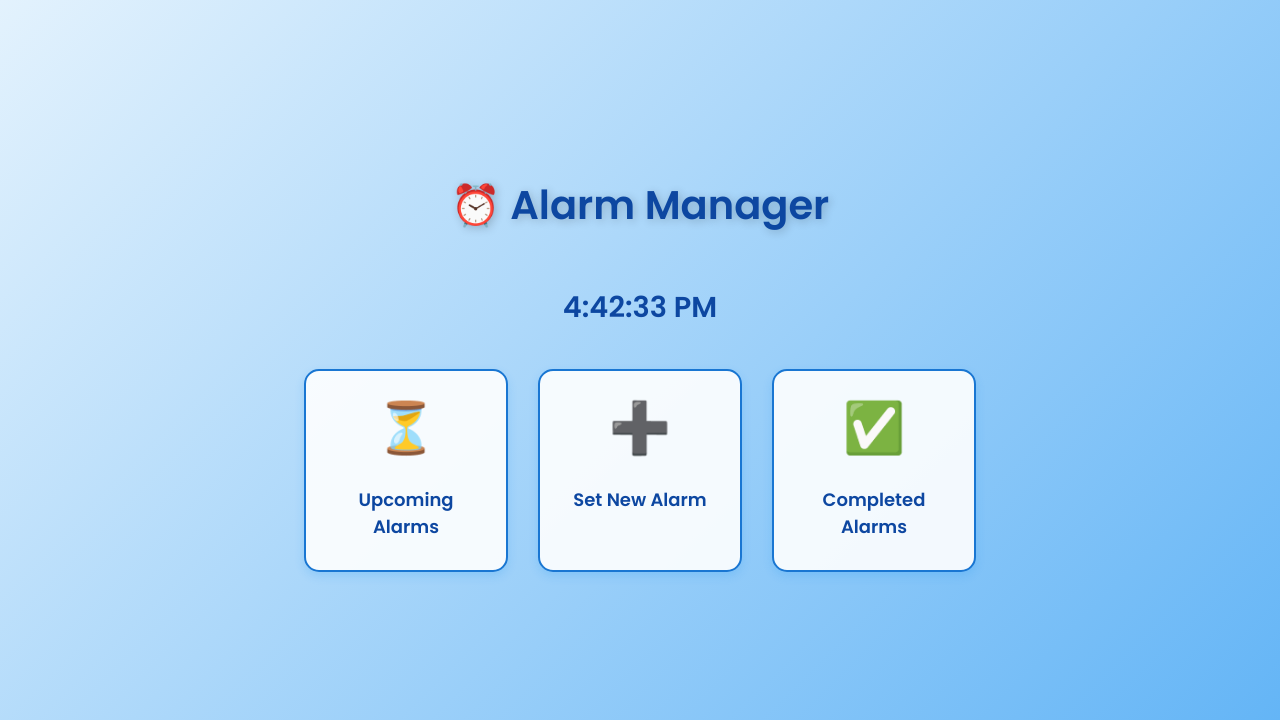
Repository: sarveshv9/Pill-Dispenser-Alert
Page: dashboard.html
These files come from the project's save history. The page is drawn as it stood at one moment and after the next save; the edit follows.
The browser window is 1280 px wide. The pictures show the whole page.

Above is the page before, as saved 2025-03-16 14:31:11.

### dashboard.html
<!DOCTYPE html>
<html lang="en">
<head>
    <meta charset="UTF-8">
    <meta name="viewport" content="width=device-width, initial-scale=1.0">
    <title>⏰ Alarm Manager</title>
    <link href="https://fonts.googleapis.com/css2?family=Poppins:wght@300;400;600&display=swap" rel="stylesheet">
    <style>
        /* General Styles */
        body {
            font-family: 'Poppins', sans-serif;
            display: flex;
            flex-direction: column;
            align-items: center;
            justify-content: center;
            height: 100vh;
            margin: 0;
            background: linear-gradient(135deg, #E3F2FD, #64B5F6); /* Light blue gradient */
            color: #0D47A1; /* Dark blue */
            text-align: center;
        }

        h1 {
            font-size: 2.5rem;
            font-weight: 700;
            text-shadow: 2px 2px 10px rgba(0, 0, 0, 0.2);
        }

        /* Live Clock */
        #clock {
            font-size: 1.8rem;
            font-weight: 600;
            margin-bottom: 20px;
        }

        .container {
            display: flex;
            justify-content: center;
            gap: 30px;
            margin-top: 20px;
        }

        /* Icon Box Styles */
        .icon-box {
            display: flex;
            flex-direction: column;
            align-items: center;
            background: rgba(255, 255, 255, 0.9);
            border: 2px solid #1976D2; /* Blue border */
            box-shadow: 0 4px 10px rgba(33, 150, 243, 0.2);
            cursor: pointer;
            transition: transform 0.2s ease, box-shadow 0.3s ease;
            width: 160px;
            padding: 20px;
            border-radius: 15px;
        }

        .icon-box:hover {
            transform: translateY(-5px);
            box-shadow: 0 6px 15px rgba(33, 150, 243, 0.4);
        }

        .icon-box .emoji {
            font-size: 50px;
            margin-bottom: 10px;
        }

        .icon-box p {
            margin: 10px;
            font-size: 18px;
            font-weight: bold;
            color: #0D47A1; /* Dark blue */
        }
    </style>
</head>
<body>

    <h1>⏰ Alarm Manager</h1>
    <h2 id="clock">00:00:00</h2>

    <div class="container">
        <div class="icon-box" onclick="showUpcomingAlarms()">
            <span class="emoji">⏳</span>
            <p>Upcoming Alarms</p>
        </div>

        <div class="icon-box" onclick="setNewAlarm()">
            <span class="emoji">➕</span>
            <p>Set New Alarm</p>
        </div>

        <div class="icon-box" onclick="showCompletedAlarms()">
            <span class="emoji">✅</span>
            <p>Completed Alarms</p>
        </div>
    </div>

    <script>
        function showUpcomingAlarms() {
            alert("📅 Displaying upcoming alarms.");
        }

        function setNewAlarm() {
            alert("🔔 Redirecting to set new alarm.");
        }

        function showCompletedAlarms() {
            alert("✅ Displaying completed alarms.");
        }

        function updateClock() {
            const now = new Date();
            document.getElementById("clock").innerText = now.toLocaleTimeString();
        }

        setInterval(updateClock, 1000);
        updateClock();
    </script>

</body>
</html>

After the next save:
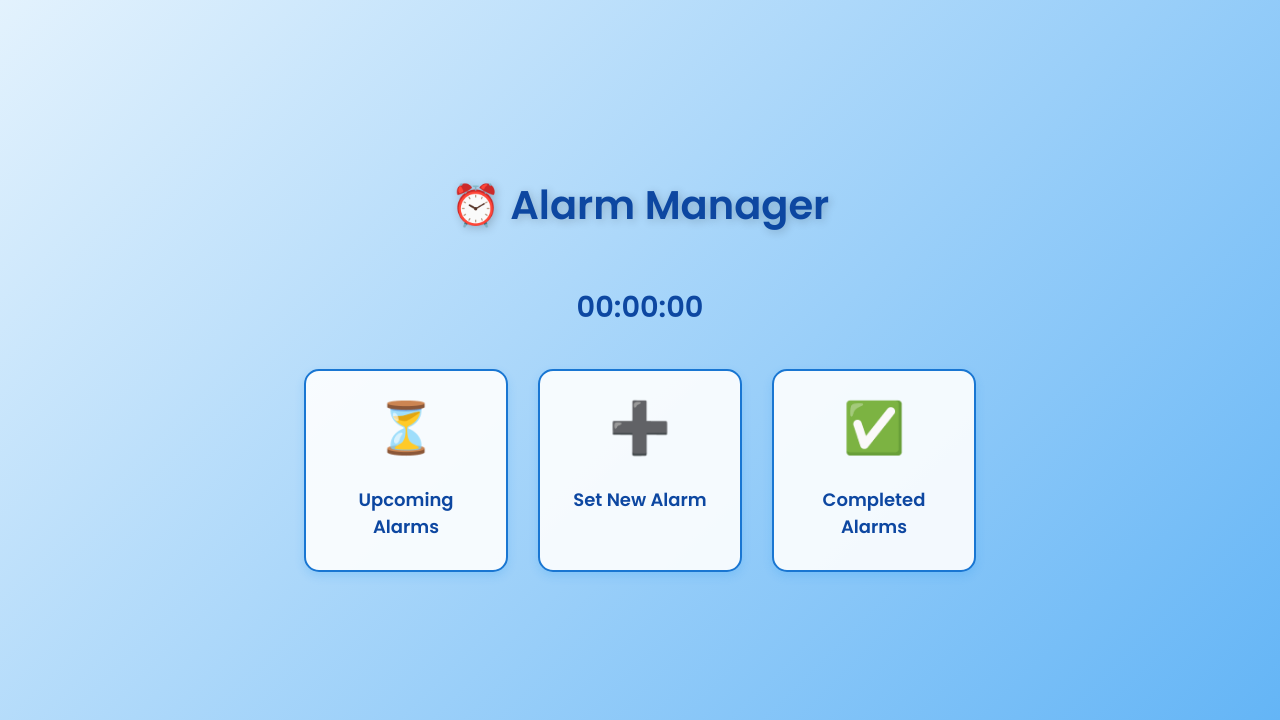
Console error: SyntaxError: Unexpected token '<'
Saved 2 min 56 s later.
--- a/dashboard.html
+++ b/dashboard.html
@@ -102,6 +102,7 @@
 
         function setNewAlarm() {
             alert("🔔 Redirecting to set new alarm.");
+            <a href="form.html"></a>
         }
 
         function showCompletedAlarms() {

After the save that followed:
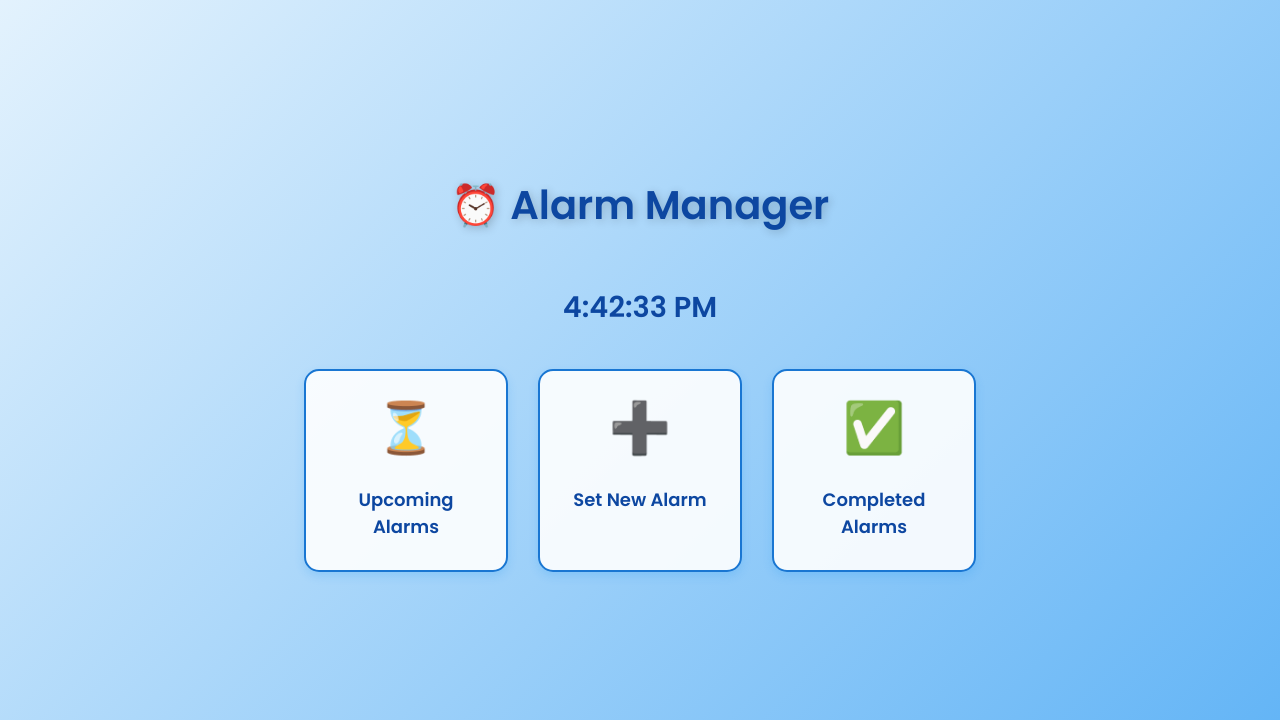
The error is gone.
Saved 24 s later.
--- a/dashboard.html
+++ b/dashboard.html
@@ -102,7 +102,6 @@
 
         function setNewAlarm() {
             alert("🔔 Redirecting to set new alarm.");
-            <a href="form.html"></a>
         }
 
         function showCompletedAlarms() {
